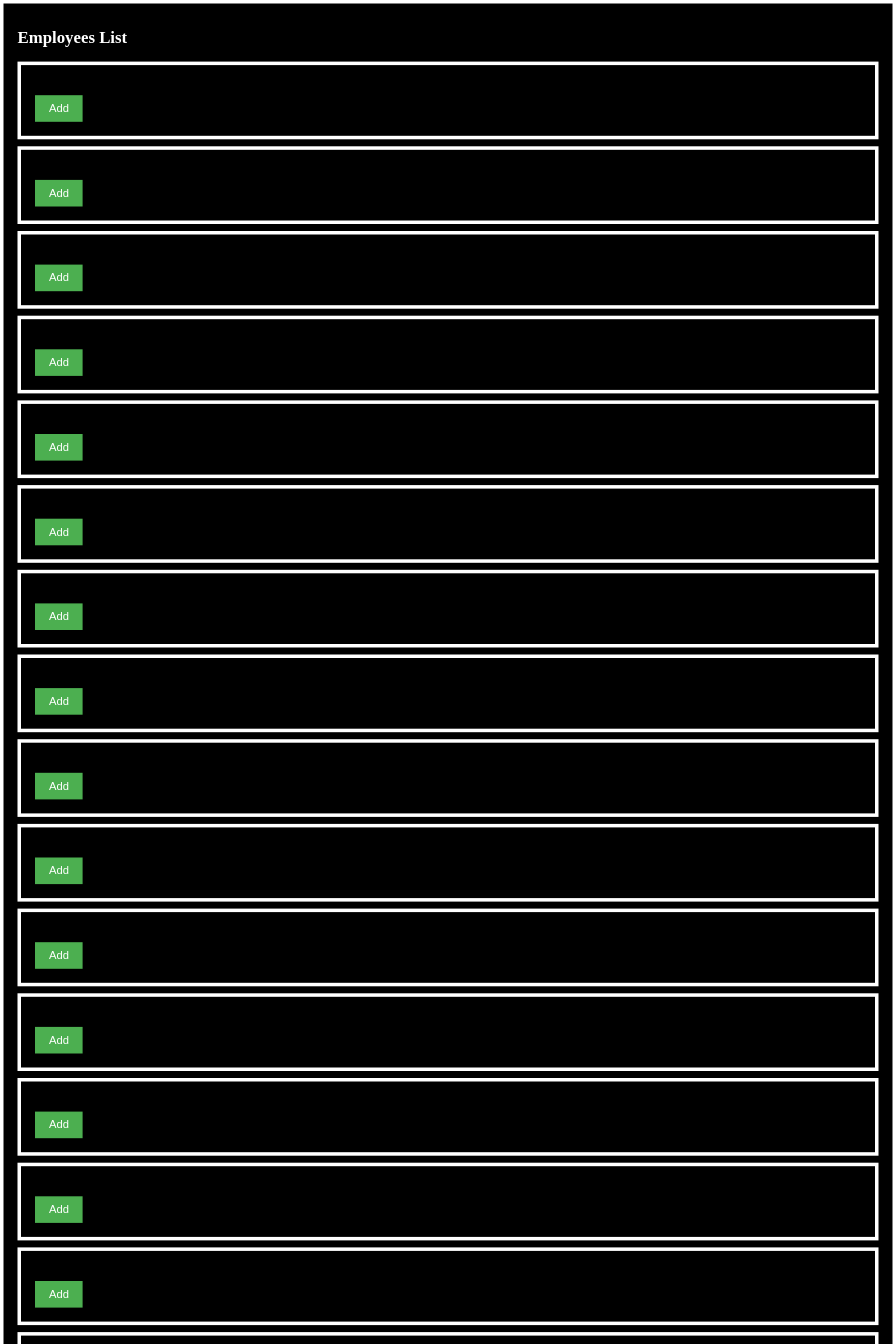
Repository: sriram1224/Teams-list
Page: /
The author's editor kept a copy of each file at every save. The page is drawn from the files as they stood at one save, then again after the next save.
The browser window is 1280 px wide. The pictures show the part of the page from y = 0 to 1920 px (the page is 3014 px tall), at 70% of full size.
The project was rebuilt for these pictures with package versions that can differ from the ones it lists, and the page was loaded fresh each time.

Above is the page before, as saved 2024-03-26 21:55:32.

After the next save:
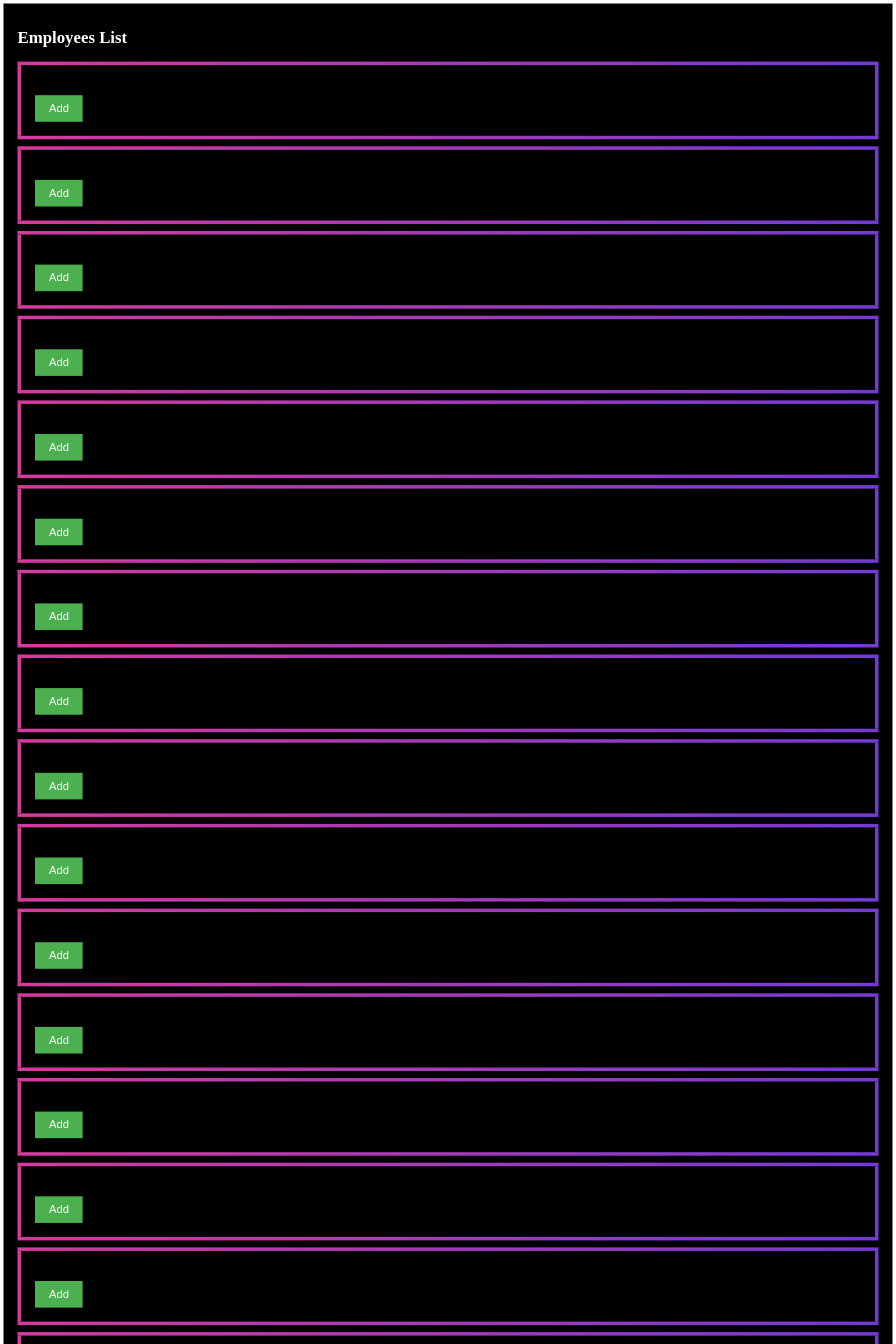
Saved 13 s later.
--- a/src/list.css
+++ b/src/list.css
@@ -46,6 +46,6 @@
 
 
 
-.purple {
+.employee-item {
     border-image-source: linear-gradient(to left, #743ad5, #d53a9d);
 }
